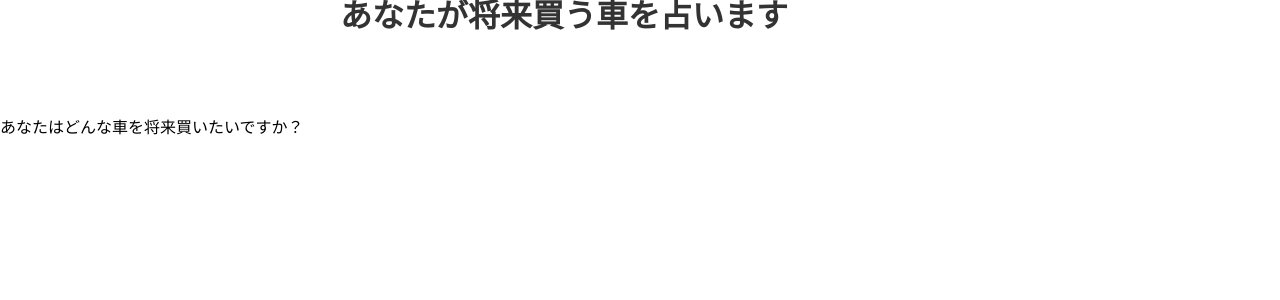
Repository: KustomApe/ksie
Page: 2021/am/index.html
The author's editor kept a copy of each file at every save. The page is drawn from the files as they stood at one save, then again after the next save.
The browser window is 1280 px wide. The pictures show the whole page.

Above is the page before, as saved 2021-11-26 14:28:33.

### 2021/am/index.html
<!DOCTYPE html>
<html lang="ja">
<head>
    <meta charset="UTF-8">
    <meta http-equiv="X-UA-Compatible" content="IE=edge">
    <meta name="viewport" content="width=device-width, initial-scale=1.0">
    <title>占いサイト</title>
    <link rel="stylesheet" href="./assets/css/html5doctor.css">
    <link rel="stylesheet" href="./assets/css/style.css">
</head>
<body>
    <div id="wrapper">
        <h1 id="main_title">あなたが将来買う車を占います</h1>
        <p>あなたはどんな車を将来買いたいですか？</p>
    </div>
</body>
</html>

### 2021/am/assets/css/html5doctor.css
html, body, div, span, object, iframe,
h1, h2, h3, h4, h5, h6, p, blockquote, pre,
abbr, address, cite, code,
del, dfn, em, img, ins, kbd, q, samp,
small, strong, sub, sup, var,
b, i,
dl, dt, dd, ol, ul, li,
fieldset, form, label, legend,
table, caption, tbody, tfoot, thead, tr, th, td,
article, aside, canvas, details, figcaption, figure,
footer, header, hgroup, menu, nav, section, summary,
time, mark, audio, video {
    margin:0;
    padding:0;
    border:0;
    outline:0;
    font-size:100%;
    vertical-align:baseline;
    background:transparent;
}

body {
    line-height:1;
}

article,aside,details,figcaption,figure,
footer,header,hgroup,menu,nav,section {
    display:block;
}

nav ul {
    list-style:none;
}

blockquote, q {
    quotes:none;
}

blockquote:before, blockquote:after,
q:before, q:after {
    content:'';
    content:none;
}

a {
    margin:0;
    padding:0;
    font-size:100%;
    vertical-align:baseline;
    background:transparent;
}

/* change colours to suit your needs */
ins {
    background-color:#ff9;
    color:#000;
    text-decoration:none;
}

/* change colours to suit your needs */
mark {
    background-color:#ff9;
    color:#000;
    font-style:italic;
    font-weight:bold;
}

del {
    text-decoration: line-through;
}

abbr[title], dfn[title] {
    border-bottom:1px dotted;
    cursor:help;
}

table {
    border-collapse:collapse;
    border-spacing:0;
}

/* change border colour to suit your needs */
hr {
    display:block;
    height:1px;
    border:0;
    border-top:1px solid #cccccc;
    margin:1em 0;
    padding:0;
}

input, select {
    vertical-align:middle;
}

### 2021/am/assets/css/style.css
@charset "utf-8";

body {
    width: 100%;
    max-width: 1920px;
}

h1#main_title {
    display: block;
    width: 600px;
    height: 120px;
    margin: 0 auto;
    color: #333;
    font-size: 2rem;
}

After the next save:
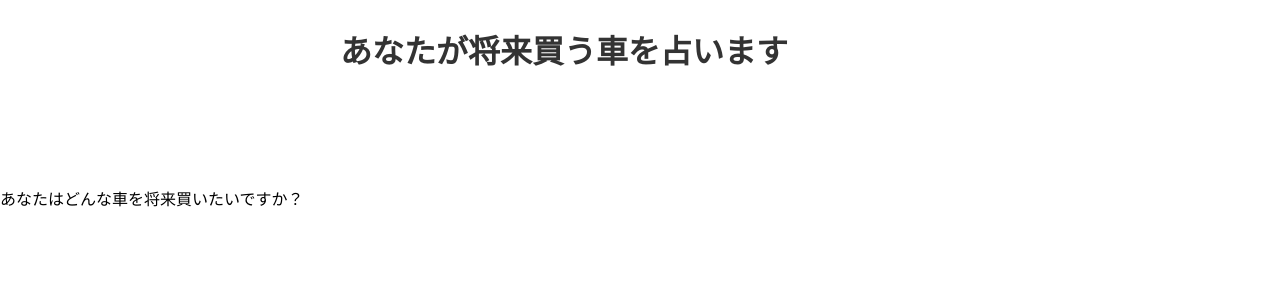
Saved 6 s later.
--- a/2021/am/assets/css/style.css
+++ b/2021/am/assets/css/style.css
@@ -9,7 +9,7 @@
     display: block;
     width: 600px;
     height: 120px;
-    margin: 0 auto;
+    margin: 5vh auto;
     color: #333;
     font-size: 2rem;
 }
